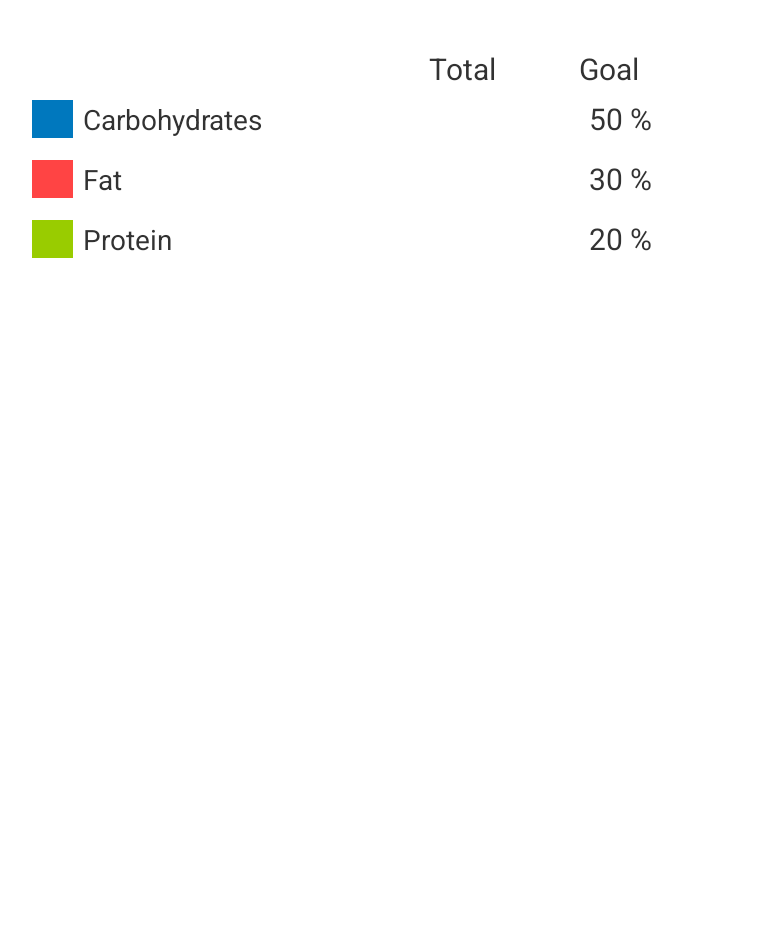
Repository: JieD/nutriy
Layout: NutriY/res/layout/fragment_nutrition_chart.xml
The author's editor kept a copy of each file at every save. The layout is drawn from the files as they stood at one save, then again after the next save.
The pictures show rows 336 to 1280 of an output 1280 px tall.
It is drawn on a 768 x 1280 px phone screen (xhdpi) without system bars, with theme AppTheme; the app's code is not run.

Above is the layout before, as saved 2014-05-11 05:32:26.

### NutriY/res/layout/fragment_nutrition_chart.xml
<?xml version="1.0" encoding="utf-8"?>
<RelativeLayout xmlns:android="http://schemas.android.com/apk/res/android"
    xmlns:piechart="http://schemas.android.com/apk/res/sfsu.csc780.jied.nutriy"
    android:layout_width="match_parent"
    android:layout_height="match_parent" >

	 <sfsu.csc780.jied.nutriy.PieChart
	     android:id="@+id/piechart"
	     android:layout_width="match_parent"
	     android:layout_height="160dp"
	     android:layout_centerHorizontal="true"
	     android:layout_marginLeft="@dimen/small_horizontal_margin"
         android:layout_marginRight="@dimen/small_horizontal_margin"
         android:layout_marginTop="@dimen/small_vertical_margin"
         android:layout_marginBottom="@dimen/small_vertical_margin"
         android:paddingTop="@dimen/medium_padding"
         android:paddingBottom="@dimen/medium_padding"

	     piechart:showChart="true"
	     piechart:textColor="@color/white"
	     piechart:emptyPieColor="@color/empty_pie_blue"
	     piechart:carbSliceColor="@color/pie_blue"
	     piechart:fatSliceColor="@color/pie_red"
	     piechart:proteinSliceColor="@color/pie_green"
	     piechart:carbPercentage="50"
	     piechart:fatPercentage="30"
	     piechart:proteinPercentage="20"
	     />

	 <TableLayout
	     android:id="@+id/piechart_table"
	     android:layout_below="@id/piechart"
	     android:layout_width="match_parent" android:layout_height="wrap_content"
	     android:layout_marginLeft="@dimen/activity_horizontal_margin"
         android:layout_marginRight="@dimen/activity_horizontal_margin"
         android:layout_marginTop="@dimen/activity_vertical_margin"
         android:layout_marginBottom="@dimen/activity_vertical_margin">

	     <TableRow>
	         <TextView
                 android:layout_weight="1" />
             <TextView
                 android:layout_weight="4" />
             <TextView
                 android:layout_weight="2"
                 android:text="@string/total"
                 android:textSize="@dimen/medium_text_size" />
             <TextView
                 android:layout_weight="2"
                 android:text="@string/goal"
                 android:textSize="@dimen/medium_text_size" />
	     </TableRow>

	     <TableRow
	         android:minHeight="@dimen/medium_entry_height">
	         <TextView
                 android:layout_weight="1" android:layout_gravity="center_vertical"
                 android:background= "@drawable/carb_pie_color_box"/>
             <TextView
                 android:layout_weight="4" android:layout_gravity="center_vertical"
                 android:paddingLeft="@dimen/small_padding"
                 android:text="@string/Carbohydrates" />
             <TextView
                 android:id="@+id/carb_percentage"
                 android:layout_weight="2" android:layout_gravity="center_vertical"
                 android:paddingLeft="@dimen/small_padding" android:text=""
                 android:textSize="@dimen/medium_text_size" />
             <TextView
                 android:layout_weight="2" android:layout_gravity="center_vertical"
                 android:paddingLeft="@dimen/small_padding" android:text="@string/carbs_goal"
                 android:textSize="@dimen/medium_text_size" />
	     </TableRow>

	     <TableRow
	         android:minHeight="@dimen/medium_entry_height">
	         <TextView
                 android:layout_weight="1" android:layout_gravity="center_vertical"
                 android:background= "@drawable/fat_pie_color_box"/>
             <TextView
                 android:layout_weight="4" android:layout_gravity="center_vertical"
                 android:paddingLeft="@dimen/small_padding" android:text="@string/Fat" />
             <TextView
                 android:id="@+id/fat_percentage"
                 android:layout_weight="2" android:layout_gravity="center_vertical"
                 android:paddingLeft="@dimen/small_padding" android:text=""
                 android:textSize="@dimen/medium_text_size" />
             <TextView
                 android:layout_weight="2" android:layout_gravity="center_vertical"
                 android:paddingLeft="@dimen/small_padding" android:text="@string/fat_goal"
                 android:textSize="@dimen/medium_text_size" />
	     </TableRow>

	     <TableRow
	         android:minHeight="@dimen/medium_entry_height">
	         <TextView
                 android:layout_weight="1" android:layout_gravity="center_vertical"
                 android:background= "@drawable/protein_pie_color_box"/>
             <TextView
                 android:layout_weight="4" android:layout_gravity="center_vertical"
                 android:paddingLeft="@dimen/small_padding" android:text="@string/Protein" />
             <TextView
                 android:id="@+id/protein_percentage"
                 android:layout_weight="2" android:layout_gravity="center_vertical"
                 android:paddingLeft="@dimen/small_padding" android:text=""
                 android:textSize="@dimen/medium_text_size" />
             <TextView
                 android:layout_weight="2" android:layout_gravity="center_vertical"
                 android:paddingLeft="@dimen/small_padding" android:text="@string/protein_goal"
                 android:textSize="@dimen/medium_text_size" />
	     </TableRow>

	 </TableLayout>

</RelativeLayout>

### NutriY/res/values/colors.xml
<?xml version="1.0" encoding="utf-8"?>
<resources>
    <color name="white">#FFFFFFFF</color>
    <color name="my_green">#FF00BE00</color>
    <color name="my_red">#FFFF0000</color>
    <color name="my_blue">#FF0078BE</color>
    <color name="light_blue">#FFE1EEFF</color>
    <color name="low_light_gray">#FFFAFAFA</color>
    <color name="mid_light_gray">#FFEEEEEE</color>
    <color name="text_gray">#FFAAAAAA</color>
    <color name="empty_pie_blue">#FF8FCEFF</color>
    <color name="pie_blue">#FF0078BE</color>
    <color name="pie_red">#FFFF4444</color>
    <color name="pie_green">#FF99CC00</color>
</resources>

### NutriY/res/values/dimens.xml
<resources>

    <!-- Default screen margins, per the Android Design guidelines. -->
    <dimen name="activity_horizontal_margin">16dp</dimen>
    <dimen name="activity_vertical_margin">16dp</dimen>
    <dimen name="small_horizontal_margin">8dp</dimen>
    <dimen name="small_vertical_margin">8dp</dimen>

    <dimen name="small_padding">5dp</dimen>
    <dimen name="medium_padding">8dp</dimen>
    <dimen name="large_padding">10dp</dimen>
    <dimen name="extra_large_padding">12dp</dimen>
    <dimen name="navigation_item_padding">20dp</dimen>

    <dimen name="extra_small_text_size">10sp</dimen>
    <dimen name="small_text_size">12sp</dimen>
    <dimen name="medium_text_size">15sp</dimen>
    <dimen name="medium_large_text_size">18sp</dimen>
    <dimen name="large_text_size">20sp</dimen>
    <dimen name="extra_large_text_size">40sp</dimen>

    <dimen name="large_entry_height">50dp</dimen>
    <dimen name="medium_large_entry_height">35dp</dimen>
    <dimen name="medium_entry_height">30dp</dimen>
    <dimen name="small_entry_height">25dp</dimen>
    <dimen name="table_entry_height">20dp</dimen>

    <dimen name="drawer_width">240dp</dimen>
</resources>

### NutriY/res/values/strings.xml
<?xml version="1.0" encoding="utf-8"?>
<resources>

    <string name="app_name">NutriY</string>
    <string name="action_settings">Settings</string>

    <string name="date">Today</string>
    <string name="calories_remaining_number">1200</string>
    <string name="calories_remaining">CALORIES REMAINING</string>
    <string name="add_to_diary">Add to Diary</string>
    <string name="goal_calorie_number">1200</string>
    <string name="food_calorie_number">+ 0</string>
    <string name="exercise_calorie_number">- 0</string>
    <string name="net_calorie_number">0</string>
    <string name="uc_goal">GOAL</string>
    <string name="uc_food">FOOD</string>
    <string name="uc_exercise">EXERCISE</string>
    <string name="uc_net">NET</string>
    <string name="goal">Goal</string>
    <string name="total">Total</string>
    <string name="left">Left</string>
    <string name="daily_summary">DAILY SUMMARY</string>
    <string name="total_fat">Total Fat (g)</string>
    <string name="saturated_fat">Saturated (g)</string>
    <string name="trans_fat">Trans (g)</string>
    <string name="cholesterol">Cholesterol (mg)</string>
    <string name="sodium">Sodium (mg)</string>
    <string name="potassium">Potassium (mg)</string>
    <string name="total_carbs">Total Carbs (g)</string>
    <string name="fiber">Dietary Fiber (g)</string>
    <string name="sugar">Sugars (g)</string>
    <string name="protein">Protein (g)</string>
    <string name="vit_A">Vitamin A</string>
    <string name="vit_C">Vitamin C</string>
    <string name="calcium">Calcium</string>
    <string name="iron">Iron</string>
    <string name="default_number">0</string>
    <string name="meals">MEALS</string>
    <string name="water_upcase">WATER</string>
    <string name="notes">NOTES</string>
    <string name="breakfast">Breakfast</string>
    <string name="lunch">Lunch</string>
    <string name="dinner">Dinner</string>
    <string name="snacks">Snacks</string>
    <string name="cardiovascular">Cardiovascular</string>
    <string name="strength">Strength</string>
    <string name="water">Water</string>
    <string name="food_notes">Food Notes</string>
    <string name="exercise_notes">Exercise Notes</string>

    <string-array name="navigations_array">
        <item>Home</item>
        <item>Diary</item>
        <item>Nutrition</item>
        <item>Progress</item>
        <item>Goals</item>
        <item>Settings</item>
    </string-array>

    <string name="drawer_open">Open Drawer</string>
    <string name="drawer_close">Close Drawer</string>
    <string name="title_activity_nutrition_page">NutritionPageActivity</string>

    <string name="calorie_breakdown">CALORIE BREAKDOWN</string>
    <string name="Carbohydrates">Carbohydrates</string>
    <string name="Fat">Fat</string>
    <string name="Protein">Protein</string>
    <string name="carbs_goal">50 %</string>
    <string name="fat_goal">30 %</string>
    <string name="protein_goal">20 %</string>


</resources>

### NutriY/res/drawable-mdpi/carb_pie_color_box.xml
<?xml version="1.0" encoding="utf-8"?>
<shape xmlns:android="http://schemas.android.com/apk/res/android" >

    <solid android:color="@color/pie_blue" />

</shape>

### NutriY/res/drawable-mdpi/fat_pie_color_box.xml
<?xml version="1.0" encoding="utf-8"?>
<shape xmlns:android="http://schemas.android.com/apk/res/android" >

    <solid android:color="@color/pie_red" />

</shape>

### NutriY/res/drawable-mdpi/protein_pie_color_box.xml
<?xml version="1.0" encoding="utf-8"?>
<shape xmlns:android="http://schemas.android.com/apk/res/android" >

    <solid android:color="@color/pie_green" />

</shape>

Loaded but not shown: NutriY/res/values/styles.xml (common file); NutriY/res/values-v11/styles.xml (common file); NutriY/res/values-v14/styles.xml (common file); NutriY/res/values-w820dp/dimens.xml (common file)

After the next save:
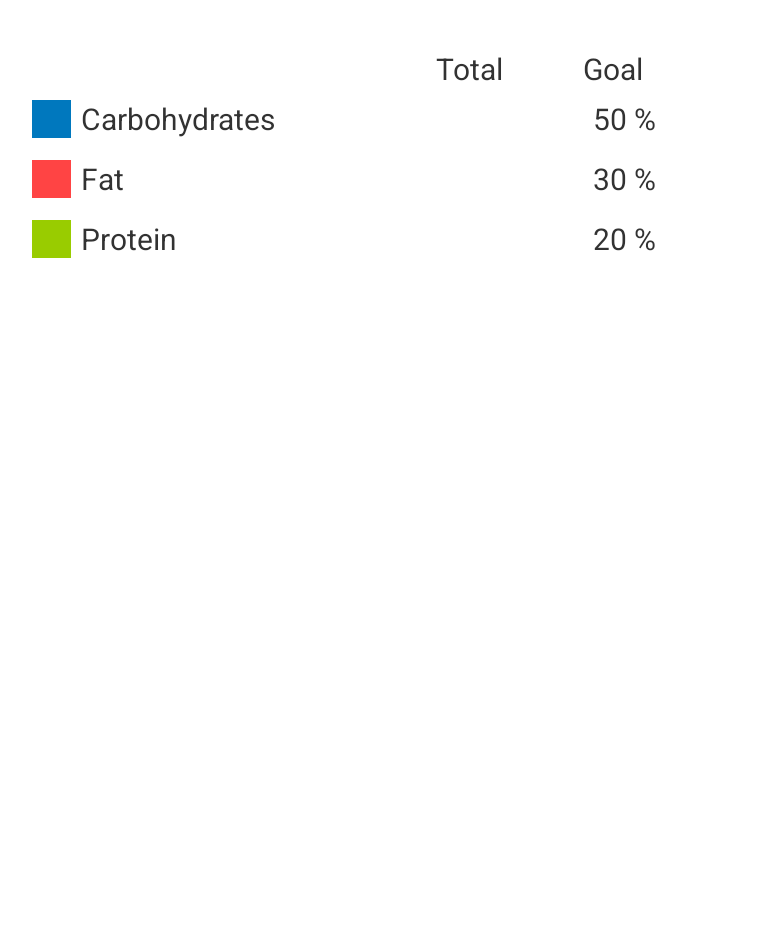
Saved 3 min 46 s later.
--- a/NutriY/res/layout/fragment_nutrition_chart.xml
+++ b/NutriY/res/layout/fragment_nutrition_chart.xml
@@ -59,7 +59,7 @@
              <TextView
                  android:layout_weight="4" android:layout_gravity="center_vertical"
                  android:paddingLeft="@dimen/small_padding"
-                 android:text="@string/Carbohydrates" />
+                 android:text="@string/Carbohydrates" android:textSize="@dimen/medium_text_size"/>
              <TextView
                  android:id="@+id/carb_percentage"
                  android:layout_weight="2" android:layout_gravity="center_vertical"
@@ -78,7 +78,8 @@
                  android:background= "@drawable/fat_pie_color_box"/>
              <TextView
                  android:layout_weight="4" android:layout_gravity="center_vertical"
-                 android:paddingLeft="@dimen/small_padding" android:text="@string/Fat" />
+                 android:paddingLeft="@dimen/small_padding" android:text="@string/Fat"
+                 android:textSize="@dimen/medium_text_size" />
              <TextView
                  android:id="@+id/fat_percentage"
                  android:layout_weight="2" android:layout_gravity="center_vertical"
@@ -97,7 +98,8 @@
                  android:background= "@drawable/protein_pie_color_box"/>
              <TextView
                  android:layout_weight="4" android:layout_gravity="center_vertical"
-                 android:paddingLeft="@dimen/small_padding" android:text="@string/Protein" />
+                 android:paddingLeft="@dimen/small_padding" android:text="@string/Protein"
+                 android:textSize="@dimen/medium_text_size"/>
              <TextView
                  android:id="@+id/protein_percentage"
                  android:layout_weight="2" android:layout_gravity="center_vertical"
